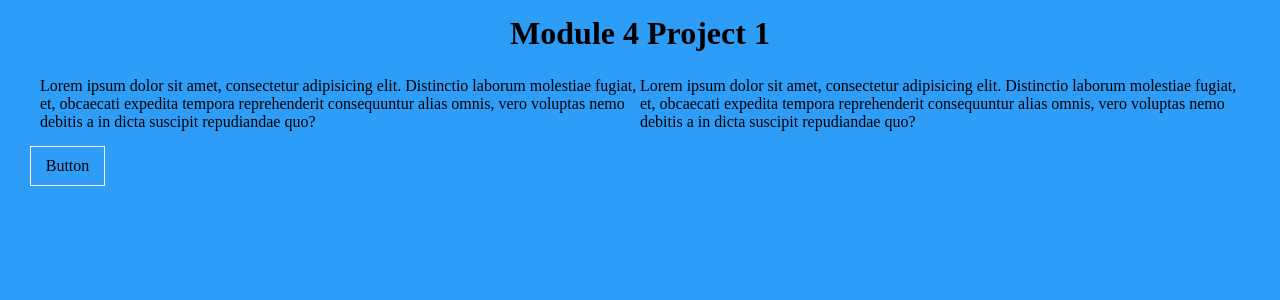
Repository: mlmEFSC21/P6-External-Style-Sheet
Page: index.html
An editor plug-in stored every save of this project. The page is shown before and after the next save, followed by the edit.
The browser window is 1280 px wide. The pictures show the whole page.

Above is the page before, as saved 2022-02-09 20:13:02.

After the next save:
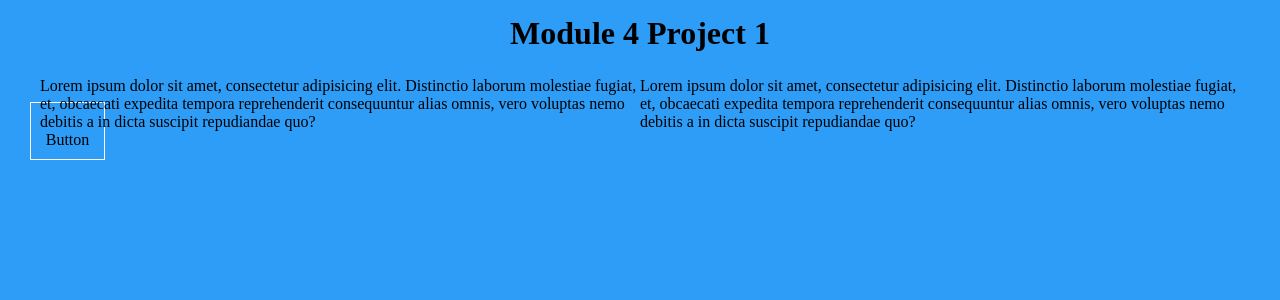
Saved 7 s later.
--- a/Styles.css
+++ b/Styles.css
@@ -35,7 +35,7 @@ div {
     border: 1px solid white;
     width: 75px;
     text-align: center;
-    float: left;
+    /* float: left; */
     justify-items: center;
     justify-content: center;
 }
